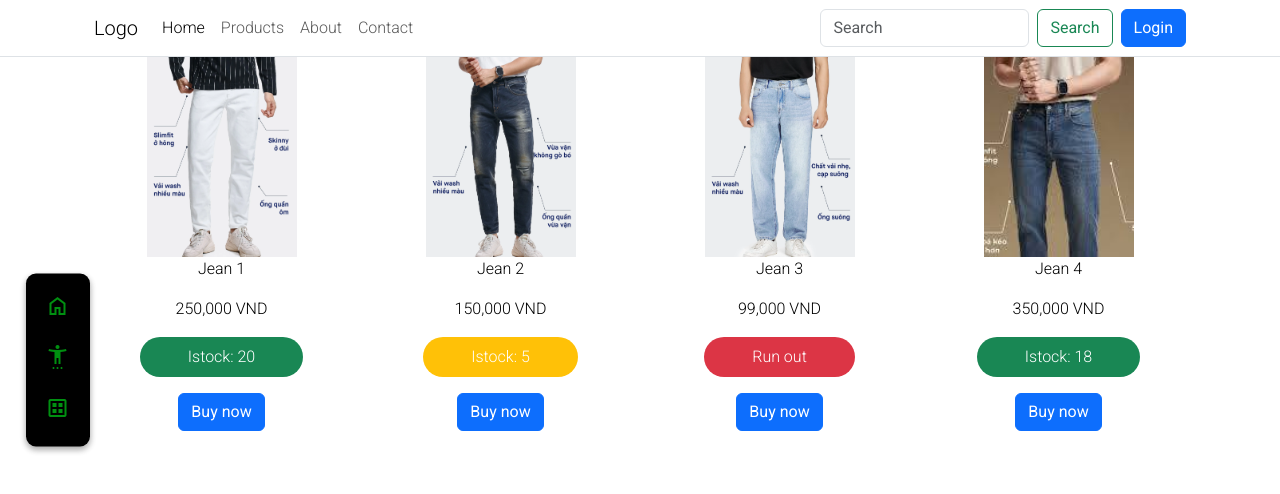
Repository: tuankiet10920/homeworkFEF
Page: /about
The author's editor kept a copy of each file at every save. The page is drawn from the files as they stood at one save, then again after the next save.
The browser window is 1280 px wide. The pictures show the whole page.
The project was rebuilt for these pictures with package versions that can differ from the ones it lists, and the page was loaded fresh each time. Also part of the build but not shown: vite.config.js, src/views/HomeView.vue. Imported but missing from the stored project, and not drawn on this page: src/assets/audio/intro.mp3.

Above is the page before, as saved 2024-11-11 00:10:08.

After the next save:
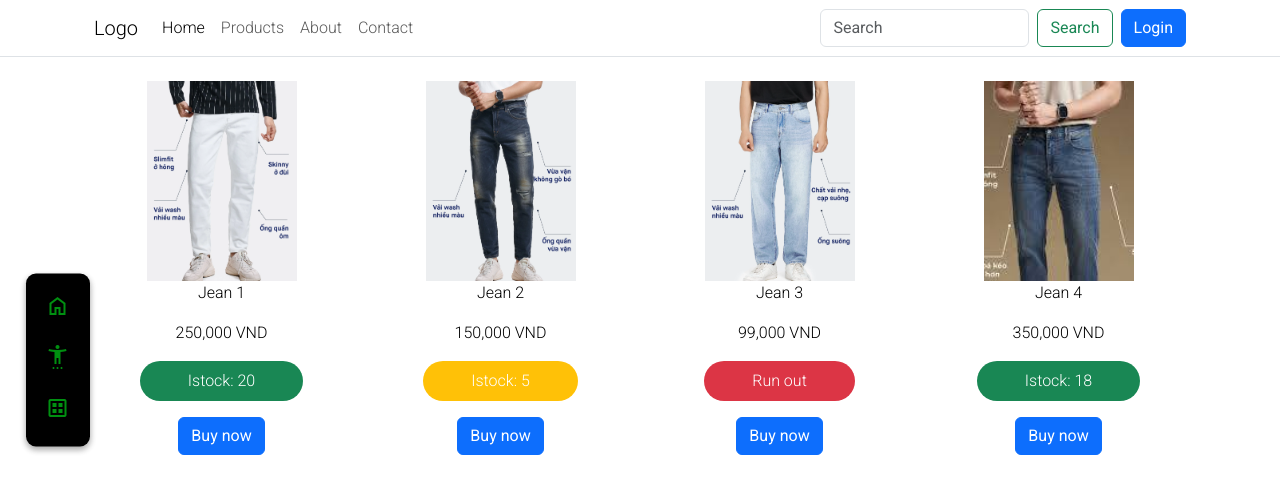
Saved 62 s later.
--- a/src/Labs/Lab1/Bai5.vue
+++ b/src/Labs/Lab1/Bai5.vue
@@ -81,7 +81,7 @@ const products = ref([
       </nav>
     </div>
   </header>
-  <div class="products">
+  <div class="products mt-4">
     <div class="container">
       <div class="container text-center">
         <div class="row">
